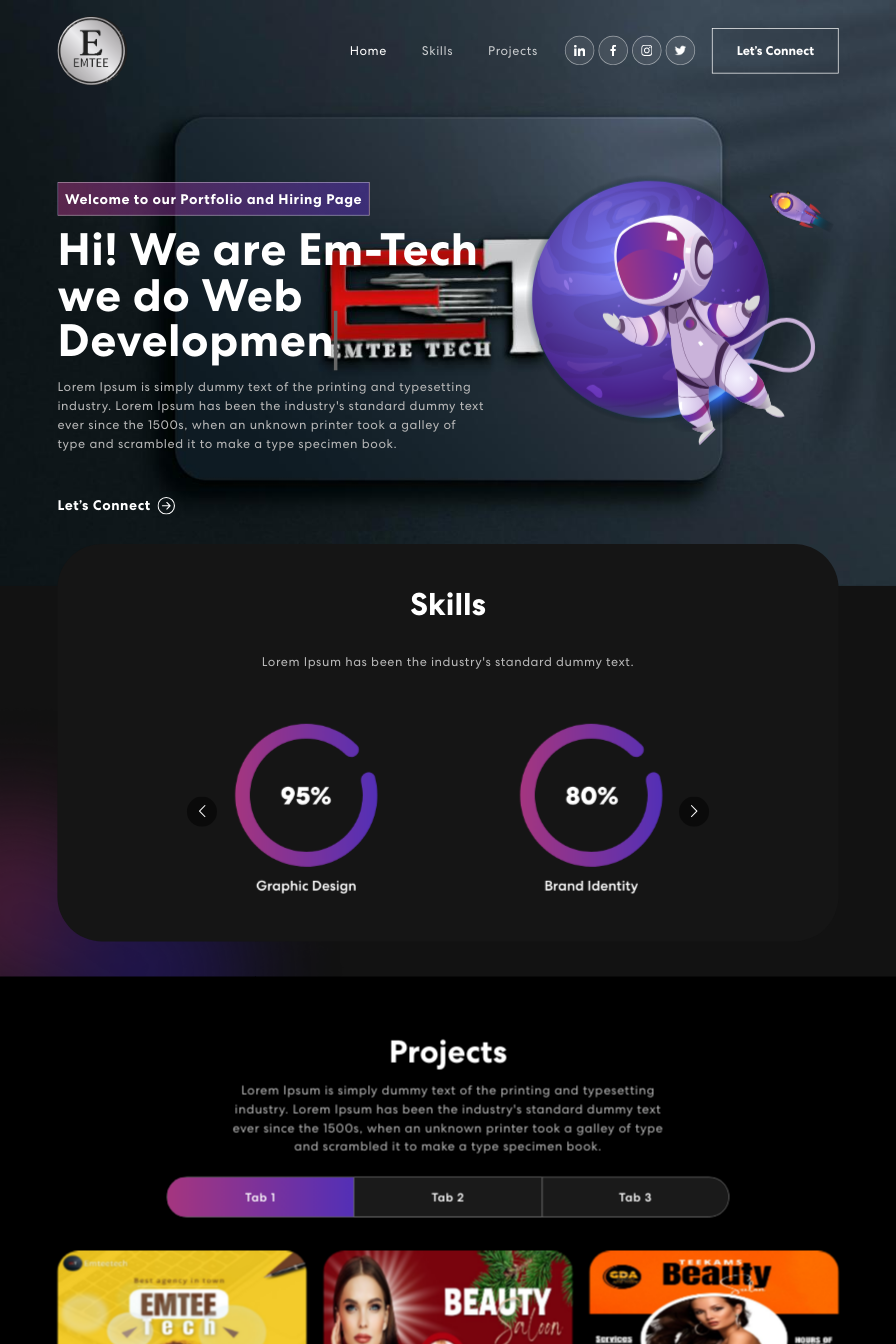
Repository: EmmanuelKeifala/emtee
Page: /
These files come from the project's save history. The page is drawn as it stood at one moment and after the next save; the edit follows.
The browser window is 1280 px wide. The pictures show the part of the page from y = 0 to 1920 px (the page is 3404 px tall before and 3476 px after), at 70% of full size.
The project was rebuilt for these pictures with package versions that can differ from the ones it lists, and the page was loaded fresh each time. Some packages were replaced by stand-ins written for this rebuild.

Above is the page before, as saved 2022-09-30 17:06:32.

After the next save:
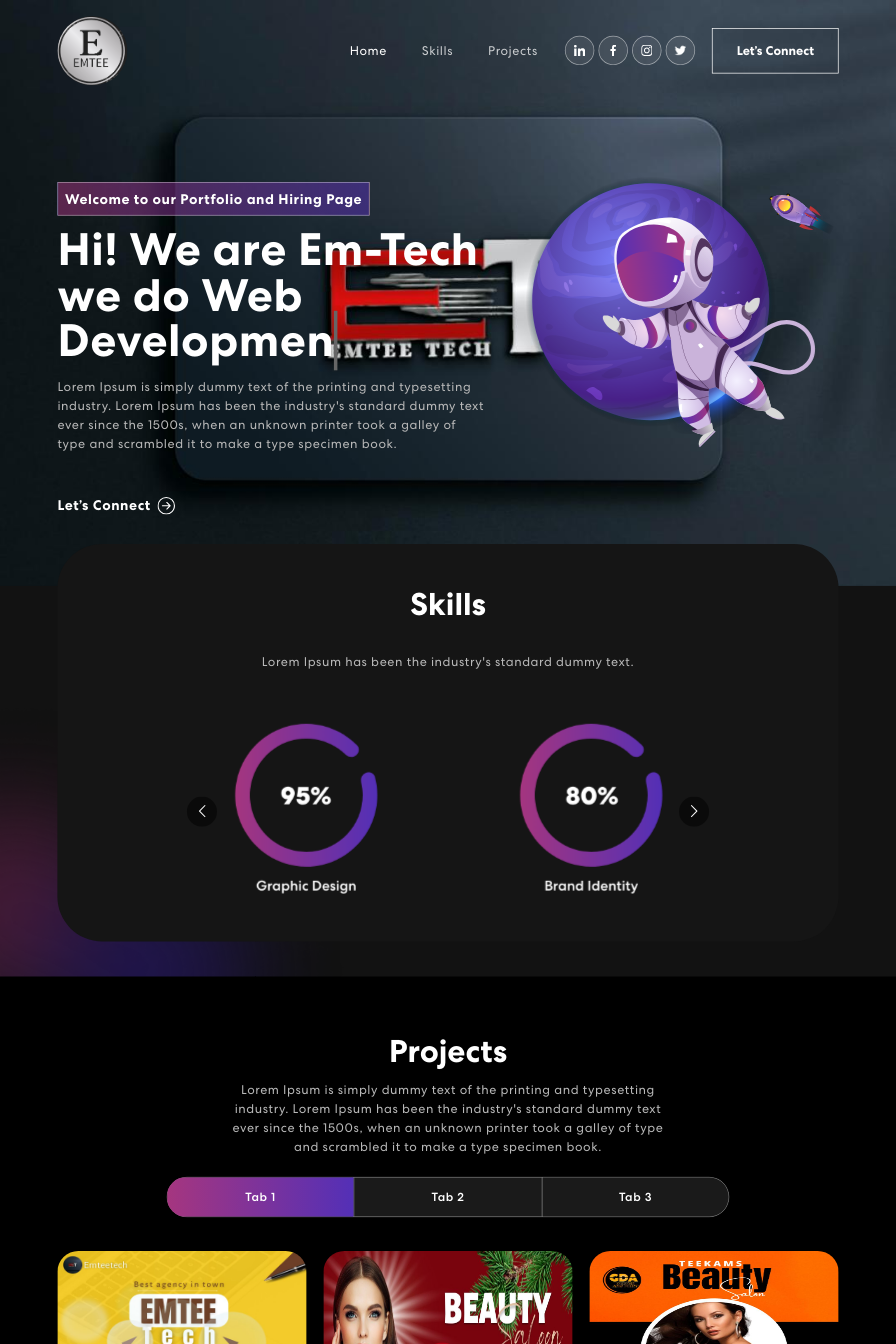
Saved 30 s later.
--- a/src/App.css
+++ b/src/App.css
@@ -554,7 +554,7 @@ nav.navbar .navbar-toggler[aria-expanded="true"] .navbar-toggler-icon {
 }
 
 .prop-image {
-  height: 40vh;
+  height: 45vh;
 }
 
 /************ Projects Css ************/
